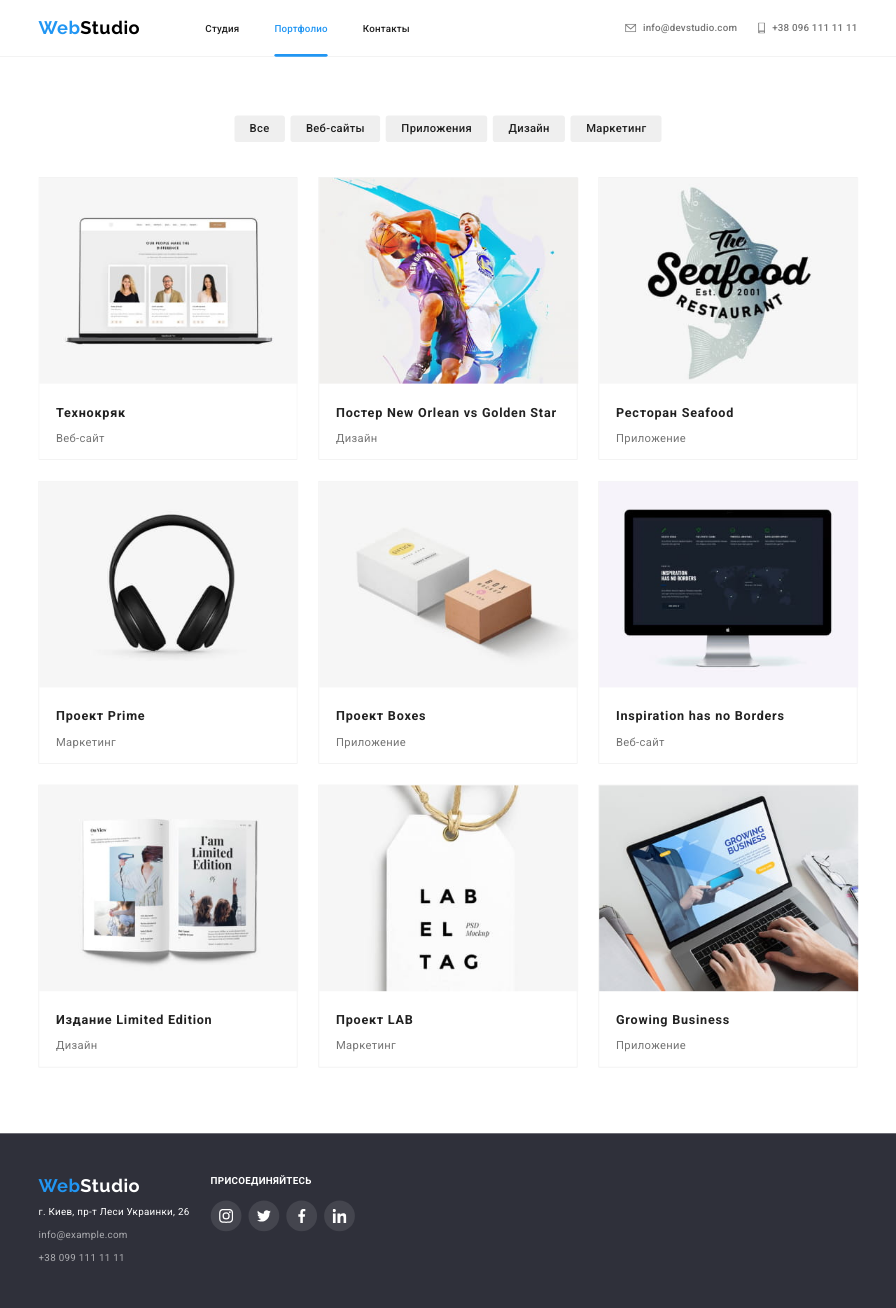
Repository: UliyaKucherernko/home-work-8
Page: porfolio.html
An editor plug-in stored every save of this project. The page is shown before and after the next save, followed by the edit.
The browser window is 1280 px wide. The pictures show the part of the page from y = 0 to 1920 px (the page is 1869 px tall before and 4134 px after), at 70% of full size.

Above is the page before, as saved 2021-04-14 00:58:52.

After the next save:
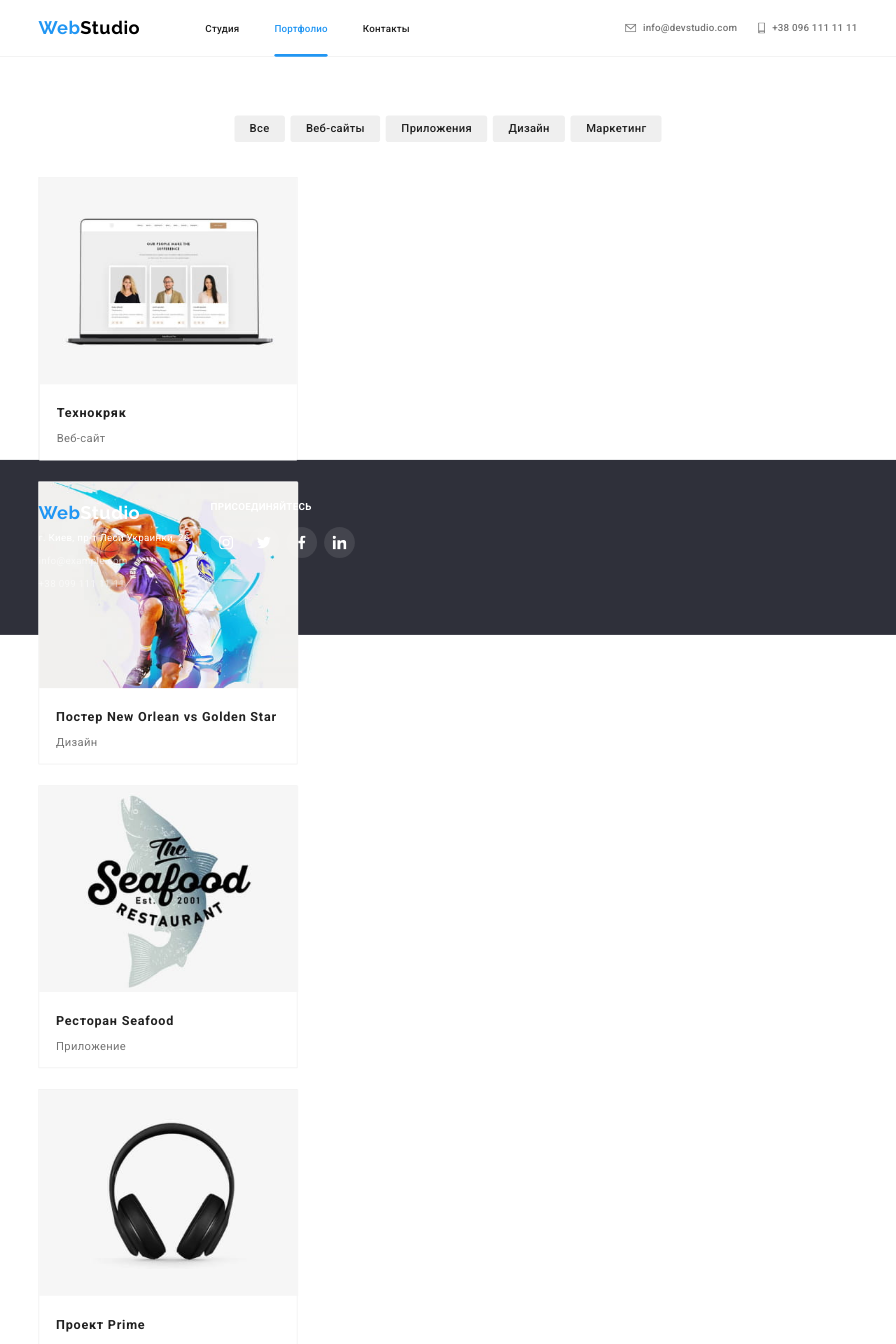
Saved 5 min 56 s later.
--- a/css/styles.css
+++ b/css/styles.css
@@ -336,6 +336,12 @@
 .gallery-list {
   padding-bottom: 94px;
   margin-top: 50px;
+  --grid-item: 3;
+  width: 370px;
+  height: 404px;
+  box-sizing: border-box;
+  border: 1px solid #eeeeee;
+  background: var(--content-color);
 }
 
 .gallery {

After the save that followed:
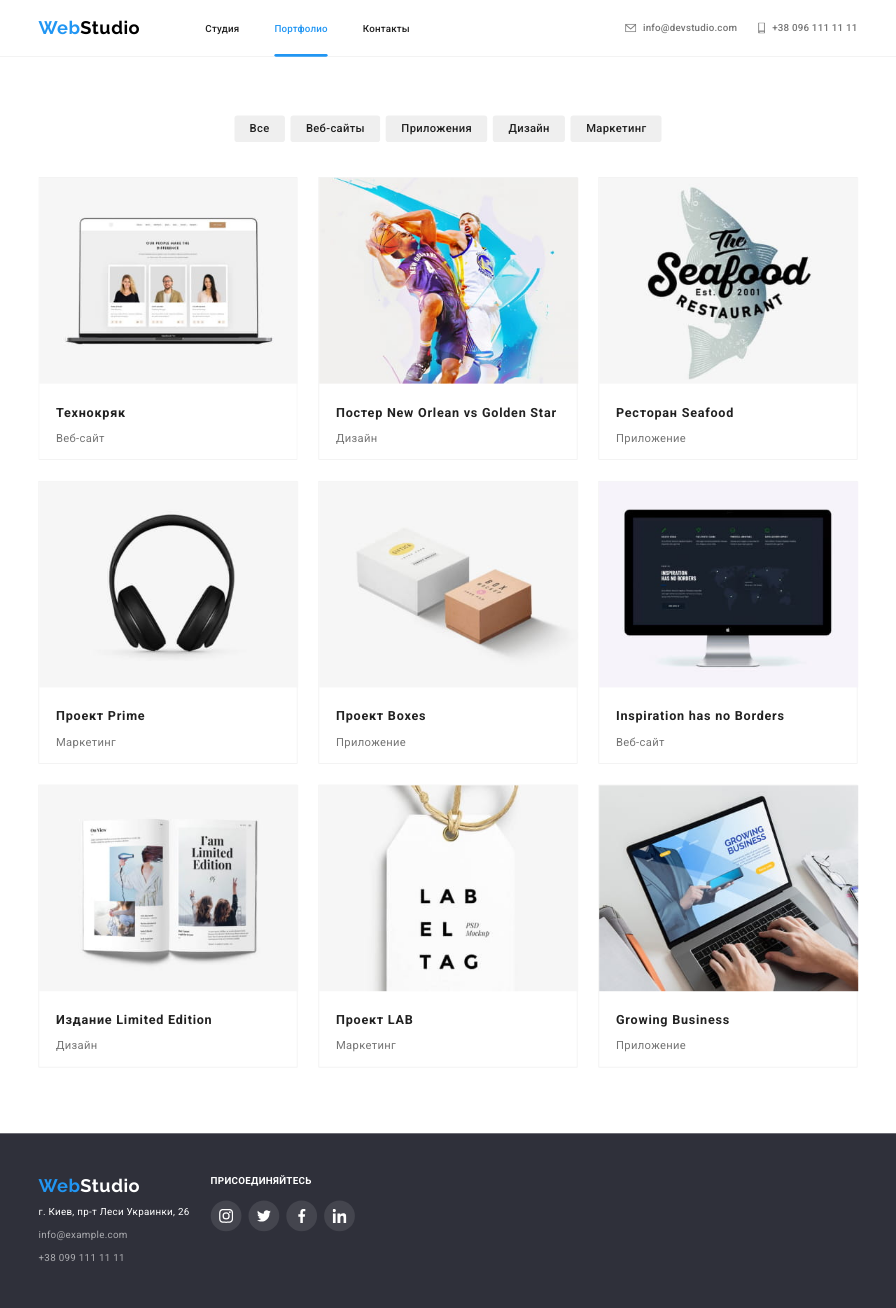
Saved 27 s later.
--- a/css/styles.css
+++ b/css/styles.css
@@ -336,12 +336,6 @@
 .gallery-list {
   padding-bottom: 94px;
   margin-top: 50px;
-  --grid-item: 3;
-  width: 370px;
-  height: 404px;
-  box-sizing: border-box;
-  border: 1px solid #eeeeee;
-  background: var(--content-color);
 }
 
 .gallery {
